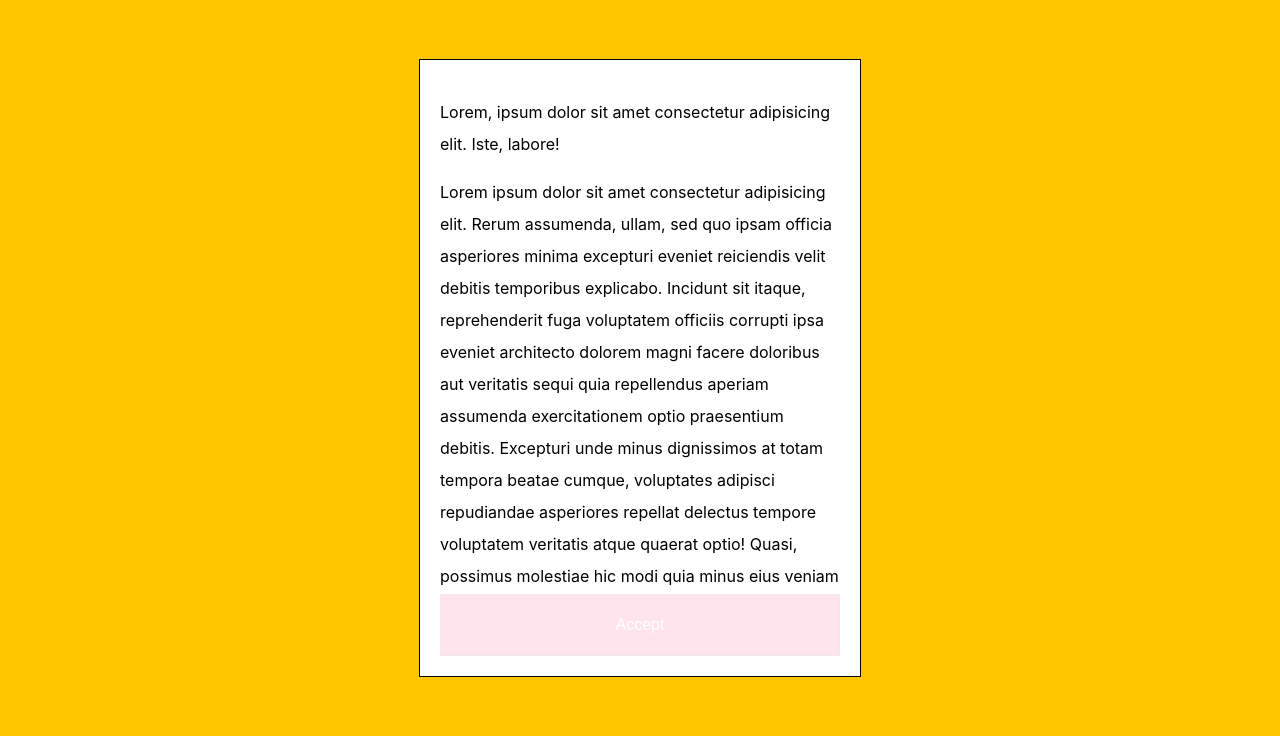
Repository: spidero7/Scroll-To-Accept-Terms
Page: index.html
An editor plug-in stored every save of this project. The page is shown before and after the next save, followed by the edit.
The browser window is 1280 px wide. The pictures show the whole page.

Above is the page before, as saved 2021-09-17 06:28:51.
Not found: scroll-to-accept.js

After the next save:
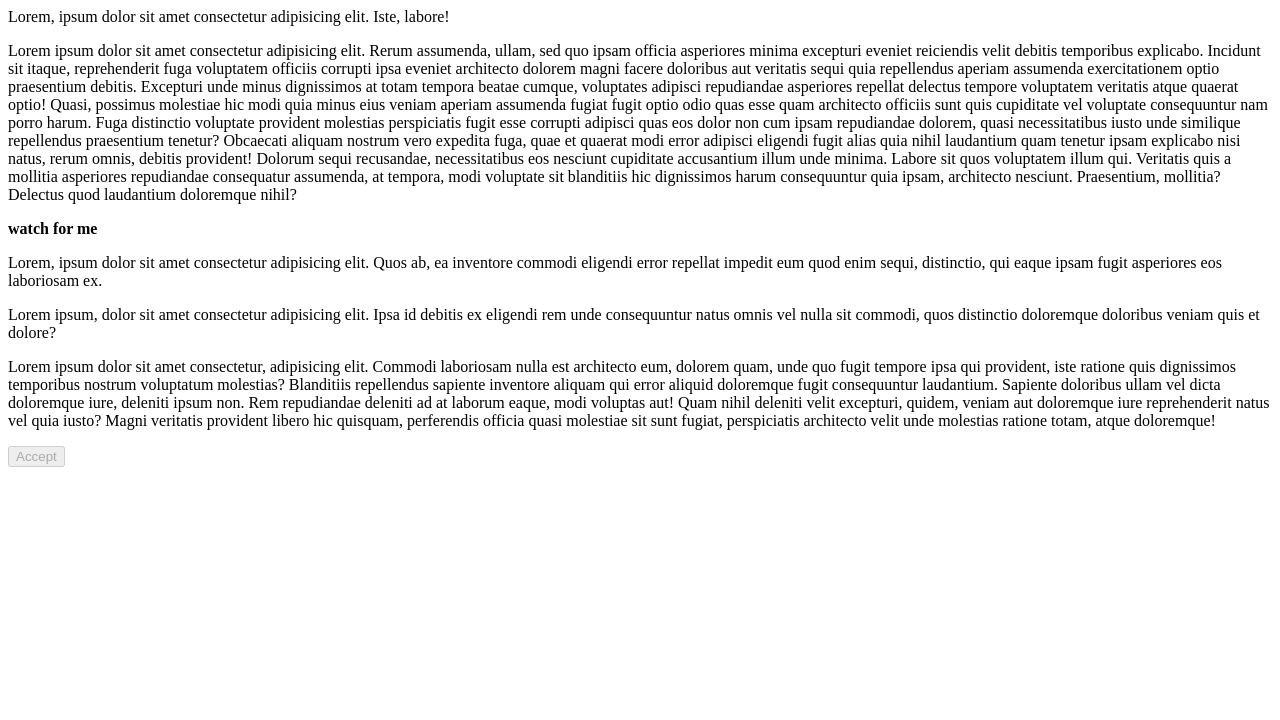
Saved 24 s later.
--- a/index.html
+++ b/index.html
@@ -55,41 +55,7 @@
   </div>
 
   <style>
-    body {
-      min-height: 100vh;
-      display: grid;
-      justify-content: center;
-      align-content: center;
-      font-family: -apple-system, BlinkMacSystemFont, 'Segoe UI', Roboto, Oxygen, Ubuntu, Cantarell, 'Open Sans', 'Helvetica Neue', sans-serif;
-      line-height: 2;
-      background: #ffc600;
-    }
 
-    .wrapper {
-      width: 400px;
-      height: 80vh;
-      padding: 20px;
-      border: 1px solid black;
-      background: white;
-      display: grid;
-      grid-template-rows: 1fr auto;
-    }
-
-    button {
-      background: #ff0060;
-      color: white;
-      font-size: 1rem;
-      padding: 20px;
-      transition: all 0.2s;
-    }
-
-    button[disabled] {
-      opacity: 0.1;
-    }
-
-    .terms-and-conditions {
-      overflow: scroll;
-    }
   </style>
   <script src="./scroll-to-accept.js"></script>
 </body>
